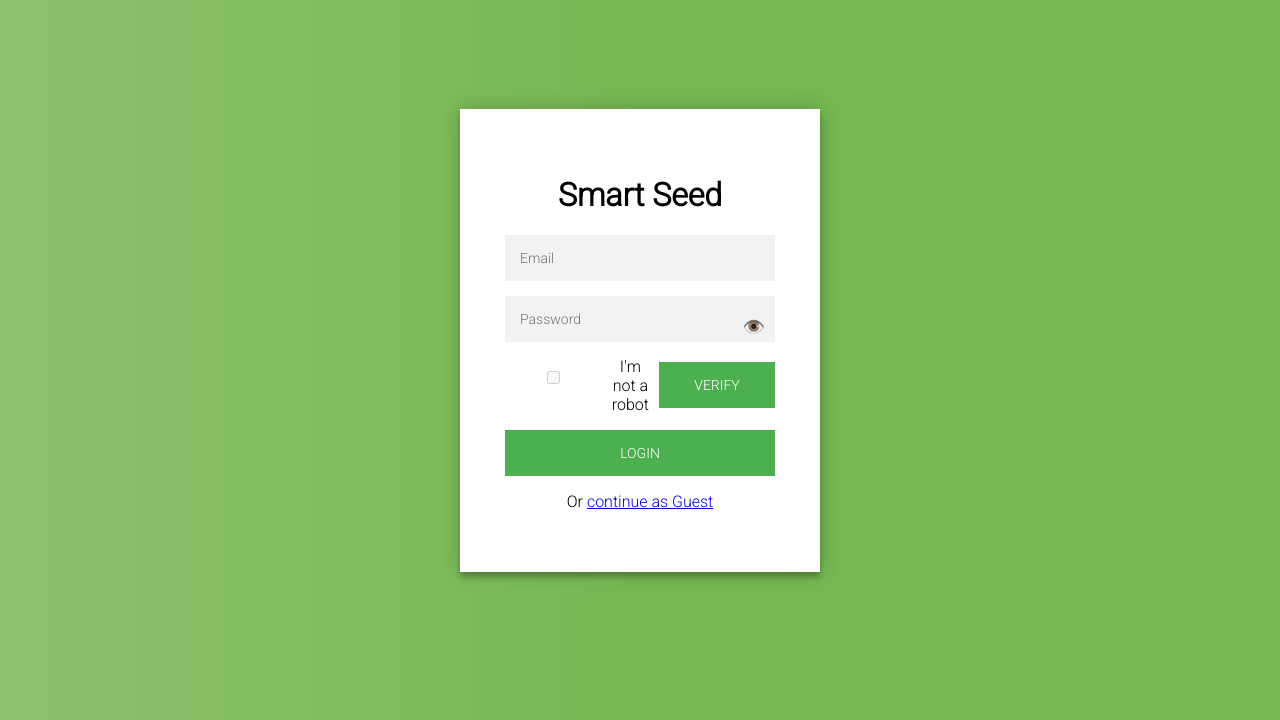
Repository: IFoundGeorge/Smart-Seed-v8-master
Page: src/login.html
The author's editor kept a copy of each file at every save. The page is drawn from the files as they stood at one save, then again after the next save.
The browser window is 1280 px wide. The pictures show the whole page.

Above is the page before, as saved 2025-04-03 09:45:27.

### src/login.html
<!DOCTYPE html>
<html lang="en">
  <head>
    <meta charset="UTF-8" />
    <meta name="viewport" content="width=device-width, initial-scale=1.0" />
    <title>Login Form with Custom CAPTCHA</title>
    <link rel="stylesheet" href="../../css/login.css" />
    <script src="https://cdnjs.cloudflare.com/ajax/libs/js-sha1/0.7.0/sha1.min.js"></script>
    <style>
      .password-container {
        position: relative;
        display: flex;
        align-items: center;
      }
      #login-password {
        width: 100%;
        padding-right: 40px; /* Space for the eye icon */
      }
      #toggle-password {
        position: absolute;
        right: 10px;
        cursor: pointer;
        font-size: 18px;
        color: #888;
      }
      .captcha-section {
        display: flex;
        align-items: center;
        gap: 10px;
      }
      #error-message {
        color: red;
        text-align: center;
      }
      #notification-bar {
        display: none;
        position: fixed;
        top: 0;
        left: 0;
        width: 100%;
        background-color: red;
        color: white;
        text-align: center;
        padding: 10px;
        font-size: 16px;
        font-weight: bold;
        z-index: 1000;
      }
    </style>
  </head>
  <body>
    <div class="login-page">
      <div class="form">
        <h1 class="title">Smart Seed</h1>
        <form class="login-form" onsubmit="loginUser(event)">
          <input type="email" id="login-email" placeholder="Email" required />
          <div class="password-container">
            <input
              type="password"
              id="login-password"
              placeholder="Password"
              required
            />
            <span id="toggle-password" onclick="togglePasswordVisibility()"
              >👁️</span
            >
          </div>

          <!-- CAPTCHA Section -->
          <div class="captcha-section">
            <input type="checkbox" id="captcha-checkbox" disabled />
            <label for="captcha-checkbox">I'm not a robot</label>
            <button type="button" onclick="showCaptchaModal()">Verify</button>
          </div>

          <p id="error-message"></p>
          <div id="notification-bar"></div>

          <button type="submit" id="login-button" disabled>Login</button>
        </form>

        <!-- Clickable Guest Login -->
        <p class="guest-text">
          Or <a href="#" onclick="loginAsGuest()">continue as Guest</a>
        </p>
      </div>
    </div>

    <!-- CAPTCHA Modal -->
    <div id="captcha-modal" class="modal">
      <div class="modal-content">
        <span class="close" onclick="closeCaptchaModal()">&times;</span>
        <p id="math-problem"></p>
        <input type="text" id="captcha-answer" placeholder="Your answer" />
        <button onclick="verifyCaptcha()">Submit</button>
      </div>
    </div>

    <script>
      let captchaVerified = false;

      function showCaptchaModal() {
        document.getElementById("captcha-modal").style.display = "block";
        generateCaptcha();
      }

      function closeCaptchaModal() {
        document.getElementById("captcha-modal").style.display = "none";
      }

      function generateCaptcha() {
        const num1 = Math.floor(Math.random() * 10);
        const num2 = Math.floor(Math.random() * 10);
        document.getElementById(
          "math-problem"
        ).textContent = `What is ${num1} + ${num2}?`;
        document
          .getElementById("captcha-answer")
          .setAttribute("data-answer", num1 + num2);
      }

      function verifyCaptcha() {
        const userAnswer = document.getElementById("captcha-answer").value;
        const correctAnswer = document
          .getElementById("captcha-answer")
          .getAttribute("data-answer");

        if (userAnswer == correctAnswer) {
          captchaVerified = true;
          document.getElementById("captcha-checkbox").checked = true;
          document.getElementById("captcha-checkbox").disabled = false;
          document.getElementById("login-button").disabled = false; // Enable login
          closeCaptchaModal();
        } else {
          alert("Incorrect answer. Please try again.");
        }
      }

      function loginUser(event) {
        event.preventDefault();

        if (!captchaVerified) {
          showNotification("Please verify the CAPTCHA first.");
          return;
        }

        const email = document.getElementById("login-email").value;
        const password = document.getElementById("login-password").value;

        if (email === "test@example.com" && password === "password123") {
          showNotification("Login successful!", "green");
          setTimeout(() => {
            window.location.href = "dashboard.html";
          }, 1000);
        } else {
          showNotification("Incorrect email or password.");
        }
      }

      function showNotification(message, color = "red") {
        const notificationBar = document.getElementById("notification-bar");
        notificationBar.textContent = message;
        notificationBar.style.backgroundColor = color;
        notificationBar.style.display = "block";

        setTimeout(() => {
          notificationBar.style.display = "none";
        }, 3000);
      }

      function togglePasswordVisibility() {
        const passwordInput = document.getElementById("login-password");
        const togglePassword = document.getElementById("toggle-password");

        if (passwordInput.type === "password") {
          passwordInput.type = "text";
          togglePassword.textContent = "🙈";
        } else {
          passwordInput.type = "password";
          togglePassword.textContent = "👁️";
        }
      }

      function loginAsGuest() {
        window.location.href = "guest/index.html";
      }
    </script>
  </body>
</html>

### css/login.css
@import url('https://fonts.googleapis.com/css?family=Roboto:300');

body {
  background: #76b852;
  background: linear-gradient(90deg, rgba(141,194,111,1) 0%, rgba(118,184,82,1) 50%);
  font-family: "Roboto", sans-serif;
  -webkit-font-smoothing: antialiased;
  -moz-osx-font-smoothing: grayscale;
}

.login-page {
  width: 360px;
  padding: 8% 0 0;
  margin: auto;
}

.form {
  position: relative;
  z-index: 1;
  background: #FFFFFF;
  max-width: 360px;
  margin: 0 auto 100px;
  padding: 45px;
  text-align: center;
  box-shadow: 0 0 20px 0 rgba(0, 0, 0, 0.2), 0 5px 5px 0 rgba(0, 0, 0, 0.24);
}

.form input {
  font-family: "Roboto", sans-serif;
  outline: 0;
  background: #f2f2f2;
  width: 100%;
  border: 0;
  margin: 0 0 15px;
  padding: 15px;
  box-sizing: border-box;
  font-size: 14px;
}

.form button {
  font-family: "Roboto", sans-serif;
  text-transform: uppercase;
  outline: 0;
  background: #4CAF50;
  width: 100%;
  border: 0;
  padding: 15px;
  color: #FFFFFF;
  font-size: 14px;
  -webkit-transition: all 0.3 ease;
  transition: all 0.3 ease;
  cursor: pointer;
}

.form button:hover, .form button:active, .form button:focus {
  background: #43A047;
}

.form .message {
  margin: 15px 0 0;
  color: #b3b3b3;
  font-size: 12px;
}

.form .message a {
  color: #4CAF50;
  text-decoration: none;
}

.form .register-form {
  display: none;
}

#captchaCanvas {
    border: 1px solid #ccc;
    margin-right: 10px;
}

#captcha-input {
    margin-bottom: 10px;
}

.captcha-container {
    margin: 15px 0;
    font-size: 1.2em;
}


#captchaText {
    font-family: 'Courier New', monospace;
    font-size: 20px;
    font-weight: bold;
    background-color: #f0f0f0;
    padding: 5px;
    margin-right: 10px;
    user-select: none;
}
/* Add this to your login.css */

.modal {
    display: none;
    position: fixed;
    z-index: 1;
    left: 0;
    top: 0;
    width: 100%;
    height: 100%;
    overflow: auto;
    background-color: rgba(0, 0, 0, 0.4);
}

.modal-content {
    background-color: #fefefe;
    margin: 15% auto;
    padding: 20px;
    border: 1px solid #888;
    width: 80%;
    max-width: 300px;
    text-align: center;
}

.close {
    color: #aaa;
    float: right;
    font-size: 28px;
    font-weight: bold;
}

.close:hover,
.close:focus {
    color: black;
    text-decoration: none;
    cursor: pointer;
}

After the next save:
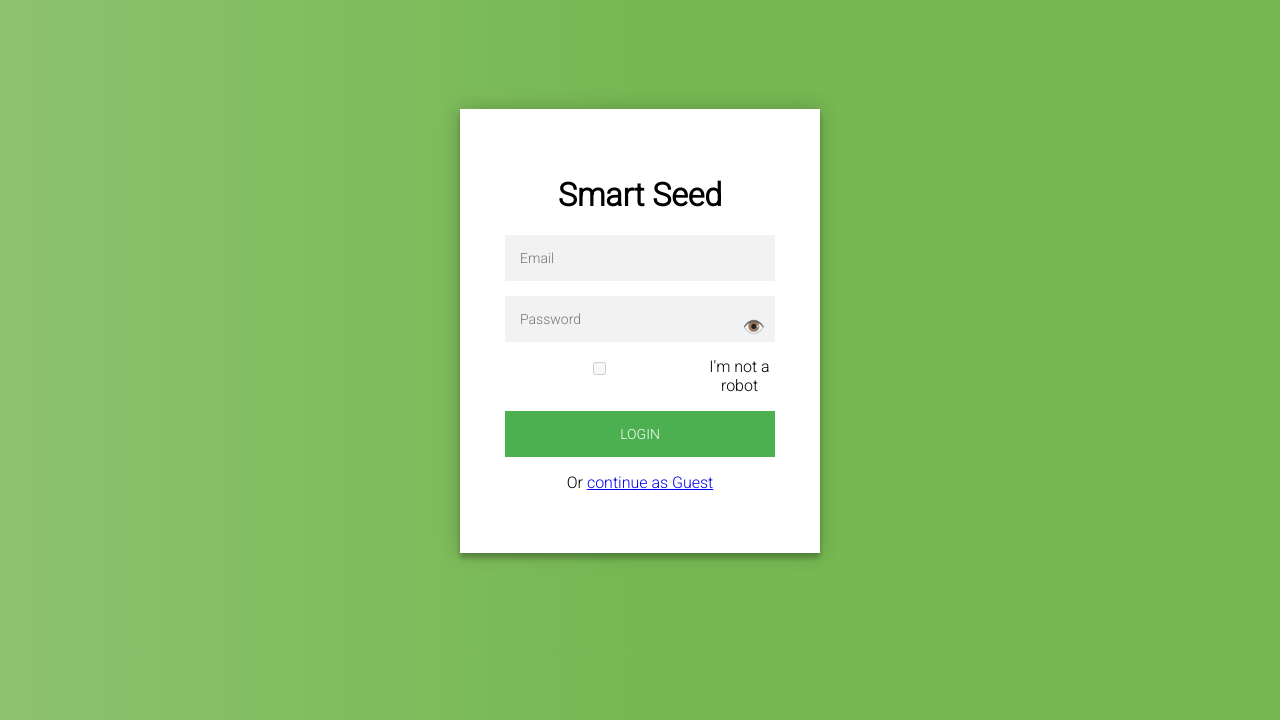
Saved 4 s later.
--- a/src/login.html
+++ b/src/login.html
@@ -70,7 +70,6 @@
           <div class="captcha-section">
             <input type="checkbox" id="captcha-checkbox" disabled />
             <label for="captcha-checkbox">I'm not a robot</label>
-            <button type="button" onclick="showCaptchaModal()">Verify</button>
           </div>
 
           <p id="error-message"></p>
